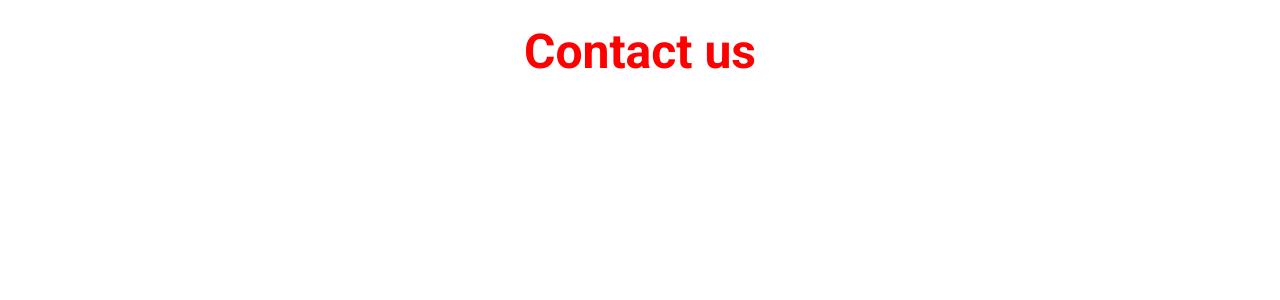
Repository: Sharif-00112/dogos-paradise-client
Page: /contact
The author's editor kept a copy of each file at every save. The page is drawn from the files as they stood at one save, then again after the next save.
The browser window is 1280 px wide. The pictures show the whole page.
The project was rebuilt for these pictures with package versions that can differ from the ones it lists, and the page was loaded fresh each time. Also part of the build but not shown: src/Pages/Home/Home/Home.js, src/Pages/Login/Login/Login.js, src/Pages/Login/Register/Register.js, src/Pages/NotFound/NotFound.js.

Above is the page before, as saved 2022-11-30 21:04:50.

### public/index.html
<!DOCTYPE html>
<html lang="en">
  <head>
    <meta charset="utf-8" />
    <link rel="icon" href="%PUBLIC_URL%/favicon.ico" />
    <meta name="viewport" content="width=device-width, initial-scale=1" />
    <meta name="theme-color" content="#000000" />
    <meta
      name="description"
      content="Web site created using create-react-app"
    />
    <link
      rel="stylesheet" href="https://fonts.googleapis.com/css?family=Roboto:300,400,500,700&display=swap"
    />

    <link rel="apple-touch-icon" href="%PUBLIC_URL%/logo192.png" />
    <!--
      manifest.json provides metadata used when your web app is installed on a
      user's mobile device or desktop. See https://developers.google.com/web/fundamentals/web-app-manifest/
    -->
    <link rel="manifest" href="%PUBLIC_URL%/manifest.json" />
    <!--
      Notice the use of %PUBLIC_URL% in the tags above.
      It will be replaced with the URL of the `public` folder during the build.
      Only files inside the `public` folder can be referenced from the HTML.

      Unlike "/favicon.ico" or "favicon.ico", "%PUBLIC_URL%/favicon.ico" will
      work correctly both with client-side routing and a non-root public URL.
      Learn how to configure a non-root public URL by running `npm run build`.
    -->
    <title>React App</title>
  </head>
  <body>
    <noscript>You need to enable JavaScript to run this app.</noscript>
    <div id="root"></div>
    <!--
      This HTML file is a template.
      If you open it directly in the browser, you will see an empty page.

      You can add webfonts, meta tags, or analytics to this file.
      The build step will place the bundled scripts into the <body> tag.

      To begin the development, run `npm start` or `yarn start`.
      To create a production bundle, use `npm run build` or `yarn build`.
    -->
  </body>
</html>

### src/App.js
import React  from 'react';
import './App.css';
import { BrowserRouter as Router, Route, Routes} from 'react-router-dom';
import Home from './Pages/Home/Home/Home';
import Login from './Pages/Login/Login/Login';
import Register from './Pages/Login/Register/Register';
import AuthProvider from './contexts/AuthProvider/AuthProvider';
// import PrivateRoute from './Pages/Login/PrivateRoute/PrivateRoute';
import NotFound from './Pages/NotFound/NotFound';
import Contact from './Pages/Home/Contact/Contact';
// import Dashboard from './Pages/Dashboard/Dashboard/Dashboard';
// import Footer from './Pages/Shared/Footer/Footer';

function App() {
  return (
    <div className="App">
      <AuthProvider>
        <Router>
          <Routes>
            <Route exact path = '/' element={<Home/>}/>
            <Route exact path = '/home' element={<Home/>}/>
            <Route exact path = '/login' element={<Login/>}/>
            <Route exact path = '/register' element={<Register/>}/>
            <Route exact path = '/contact' element={<Contact/>}/>
            {/* <Route exact path = '/appointment' element = {
              <PrivateRoute>
                <Appointment></Appointment>
              </PrivateRoute>
            }> </Route> */}
            {/* <Route path = 'dashboard/*' element = {
              <PrivateRoute>
                <Dashboard></Dashboard>
              </PrivateRoute>
            }> </Route> */}
            <Route path = '*' element={<NotFound/>}/>
          </Routes>
          {/* <Footer></Footer>  */}
        </Router>
      </AuthProvider>
    </div>
  );
}

export default App;

### src/contexts/AuthProvider/AuthProvider.js
import React from 'react';
import { createContext } from 'react';
import useFirebase from '../../hooks/useFirebase';

//step-1-context
export const AuthContext = createContext();

const AuthProvider = (props) => {
    //step-3-context
    const {children} = props;

    //step-5-context
    const allContexts = useFirebase();

    return (
        //step-2-context
        <AuthContext.Provider value={allContexts}>
            {children}
        </AuthContext.Provider>
    );
};

export default AuthProvider;

### src/Pages/Home/Contact/Contact.js
import { Typography } from '@mui/material';
import React from 'react';

const Contact = () => {
    return (
        <div>
            <Typography sx={{ m: 3, color: 'red', fontWeight: 700 }} variant="h3" component="div">
                Contact us
            </Typography>
        </div>
    );
};

export default Contact;

### src/hooks/useFirebase.js
import { useState } from "react";
import initializeAuthentication from "../Pages/Login/Firebase/firebase.initialize";
import { getAuth, signInWithPopup, GoogleAuthProvider, onAuthStateChanged, signOut, FacebookAuthProvider, createUserWithEmailAndPassword, signInWithEmailAndPassword, sendPasswordResetEmail, updatePassword, sendEmailVerification, updateProfile, getIdToken } from "firebase/auth";
import { useEffect } from "react";

initializeAuthentication();

const useFirebase = () =>{
    const [user, setUser] = useState({});
    const [error, setError] = useState('');
    const [name, setName] = useState('');
    const [email, setEmail] = useState('');
    const [password, setPassword] = useState('');
    const [isLoading, setIsLoading] = useState(true);
    const [admin, setAdmin] = useState(false);
    const [token, setToken] = useState('');

    const googleProvider = new GoogleAuthProvider();
    // const gitProvider = new GithubAuthProvider();
    const facebookProvider = new FacebookAuthProvider();
    const auth = getAuth();

    const signInUsingGoogle = () =>{
      setIsLoading(true);
      signInWithPopup(auth, googleProvider)
      .then((result) => {
          // This gives you a Google Access Token. You can use it to access the Google API.
          // const credential = GoogleAuthProvider.credentialFromResult(result);
          // const token = credential.accessToken;
          // The signed-in user info.
          setUser(result.user);
          // save user to the database
          saveUserToDB(result.user.email, result.user.displayName, 'PUT');
      }).catch((error) => {
          // Handle Errors here.
          setError(error.code);
          setError(error.message);
          // The email of the user's account used.
          setError(error.customData.email);
          // The AuthCredential type that was used.
          setError(GoogleAuthProvider.credentialFromError(error));
      }).finally(() =>{
        setIsLoading(false);
      });
    };

    const signInUsingFacebook = () =>{
      setIsLoading(true);
      signInWithPopup(auth, facebookProvider)
      .then((result) => {
        // The signed-in user info.
        setUser(result.user);
        // save user to the database
        saveUserToDB(result.user.email, result.user.displayName, 'PUT');

        // This gives you a Facebook Access Token. You can use it to access the Facebook API.
        // const credential = FacebookAuthProvider.credentialFromResult(result);
        // const accessToken = credential.accessToken;
      })
      .catch((error) => {
        // Handle Errors here.
        setError(error.code);
        setError(error.message);
        // The email of the user's account used.
        setError(error.customData.email);
        // The AuthCredential type that was used.
        setError(FacebookAuthProvider.credentialFromError(error));
      }).finally(() =>{
        setIsLoading(false);
      });
    };

    const customLogin = (email, password) =>{
      setIsLoading(true);
      signInWithEmailAndPassword(auth, email, password)
      .then((userCredential) => {
        // Signed in
        setUser(userCredential.user);
        setError('');
      })
      .catch((error) => {
        setError(error.code);
        setError(error.message);
      })
      .finally(() => setIsLoading(false));
    };

    const customRegister = (email, password) =>{
      setIsLoading(true);
      createUserWithEmailAndPassword(auth, email, password)
      .then((userCredential) => {
        // Signed in
        // const user = userCredential.user;
        // console.log(user);
        setUser(userCredential.user);
        // save user to the database
        saveUserToDB(userCredential.user.email, userCredential.user.displayName, 'POST')
        // clear error message
        setError('');
      })
      .catch((error) => {
        setError(error.code);
        setError(error.message);
      })
      .finally(() => setIsLoading(false));
    };

    const handleLoginSubmitBtn = e =>{
      e.preventDefault();
      // console.log(email, password);
      customLogin(email, password);
    }

    const handleRegisterSubmitBtn = e =>{
      e.preventDefault();
      // console.log(email, password);

      if(!/.{8,}/.test(password)){
        setError('Ensure password is of minimum length 8');
        return;
      }
      if(!/(?=.*[A-Z])/.test(password)){
        setError('Ensure password has minimum one uppercase letters');
        return;
      }
      if(!/(?=.*[!@#$%^&*()\-__+.])/.test(password)){
        setError('Ensure password has minimum one special case letter');
        return;
      }
      if(!/(?=.*[0-9])/.test(password)){
        setError('Ensure password has minimum one digits');
        return;
      }
      if(!/(?=.*[a-z])/.test(password)){
        setError('Ensure password has minimum one lowercase letters');
        return;
      }
      customRegister(email, password);
    }

    const handleNameChange = e =>{
      setName(e.target.value);
    }

    const handleEmailChange = e =>{
      setEmail(e.target.value);
    }

    const handlePasswordChange = e =>{
      setPassword(e.target.value);
    }

    const handleForgotPassword = () =>{
      sendPasswordResetEmail(auth, email)
      .then(() => {
        // Password reset email sent!
      })
      .catch((error) => {
        setError(error.code);
        setError(error.message);
      });
    }

    const handleChangePassword = () =>{
      const user = auth.currentUser;
      const newPassword = password;
      updatePassword(user, newPassword).then(() => {
        // Update successful.
      }).catch((error) => {
        setError(error.code);
        setError(error.message);
      });
    }

    const setUserName = () =>{
      updateProfile(auth.currentUser, {
        displayName: name
      }).then(() => {
        // Profile updated!
      }).catch((error) => {
        setError(error.code);
        setError(error.message);
      });
    }

    const verifyEmail = () =>{
      sendEmailVerification(auth.currentUser)
      .then(() => {
        // Email verification sent!
      }).catch((error) => {
        setError(error.code);
        setError(error.message);
      });
    }

    //observe user login change
    useEffect(()=>{
        const unsubscribe = onAuthStateChanged(auth, (user) => {
            if (user) {
              // User is signed in
              setUser(user);

              //JWT
              getIdToken(user)
              // .then(idToken => console.log(idToken))
              // .then(idToken => localStorage.setItem('idToken', idToken))
              .then(idToken => setToken(idToken))

            } else {
              // User is signed out
              setUser({});
            }
            setIsLoading(false);
          });
          return () => unsubscribe;
    },[auth]);

    // check Admin
    // useEffect( () =>{
    //   fetch(`http://localhost:3005/users/${user.email}`)
    //   .then(res => res.json())
    //   .then(data => setAdmin(data.admin))
    // } ,[user.email])

    const logout = () =>{
      setIsLoading(true);
      signOut(auth)
      .then(() => {
          // Sign-out successful.
          setUser({});
        }).catch((error) => {
          setError(error);
        }).finally(()=>{
          setIsLoading(false);
        });
    }

    const saveUserToDB = (email, displayName, method) =>{
      const user = {email, displayName};
      fetch('http://localhost:3005/users', {
          method: method,
          headers: {
              'content-type' : 'application/json'
          },
          body: JSON.stringify(user)
      })
      .then()
    }

    return {
      signInUsingGoogle,
      signInUsingFacebook,
      customLogin,
      customRegister,
      handleLoginSubmitBtn,
      handleRegisterSubmitBtn,
      handleNameChange,
      handleEmailChange,
      handlePasswordChange,
      handleForgotPassword,
      handleChangePassword,
      verifyEmail,
      setUserName,
      logout,
      user,
      admin,
      error,
      isLoading,
      token
    };
}

export default useFirebase;

### src/Pages/Login/Firebase/firebase.initialize.js
import { initializeApp } from "firebase/app";
import firebaseConfig from "./firebase.config";

const initializeAuthentication = () =>{
    initializeApp(firebaseConfig);
}

export default initializeAuthentication;

### src/Pages/Login/Firebase/firebase.config.js
// console.log(process.env);

const firebaseConfig = {
  apiKey: process.env.REACT_APP_FIREBASE_API_KEY,
  authDomain: process.env.REACT_APP_FIREBASE_AUTH_DOMAIN,
  projectId: process.env.REACT_APP_FIREBASE_PROJECT_ID,
  storageBucket: process.env.REACT_APP_FIREBASE_STORAGE_BUCKET,
  messagingSenderId: process.env.REACT_APP_FIREBASE_MESSAGING_SENDER_ID,
  appId: process.env.REACT_APP_FIREBASE_APP_ID,
  measurementId: process.env.REACT_APP_FIREBASE_MEASUREMENT_ID
};

export default firebaseConfig;

// .env.local
// REACT_APP_FIREBASE_API_KEY=AIzaSyCGaQ8G2l5KeOKX4bAJ7MC19oWW_2vnTNQ
// REACT_APP_FIREBASE_AUTH_DOMAIN=dogos-paradise.firebaseapp.com
// REACT_APP_FIREBASE_PROJECT_ID=dogos-paradise
// REACT_APP_FIREBASE_STORAGE_BUCKET=dogos-paradise.appspot.com
// REACT_APP_FIREBASE_MESSAGING_SENDER_ID=824394057307
// REACT_APP_FIREBASE_APP_ID=1:824394057307:web:727ac0c86627b9544a617e
// REACT_APP_FIREBASE_MEASUREMENT_ID=G-DL8JJ6MYSD

// const firebaseConfig = {
  // apiKey: "AIzaSyCGaQ8G2l5KeOKX4bAJ7MC19oWW_2vnTNQ",
  // authDomain: "dogos-paradise.firebaseapp.com",
  // projectId: "dogos-paradise",
  // storageBucket: "dogos-paradise.appspot.com",
  // messagingSenderId: "824394057307",
  // appId: "1:824394057307:web:727ac0c86627b9544a617e",
  // measurementId: "G-DL8JJ6MYSD"
// };

Loaded but not shown: src/index.js (common file); src/index.css (common file); src/reportWebVitals.js (common file); src/App.css (common file)

After the next save:
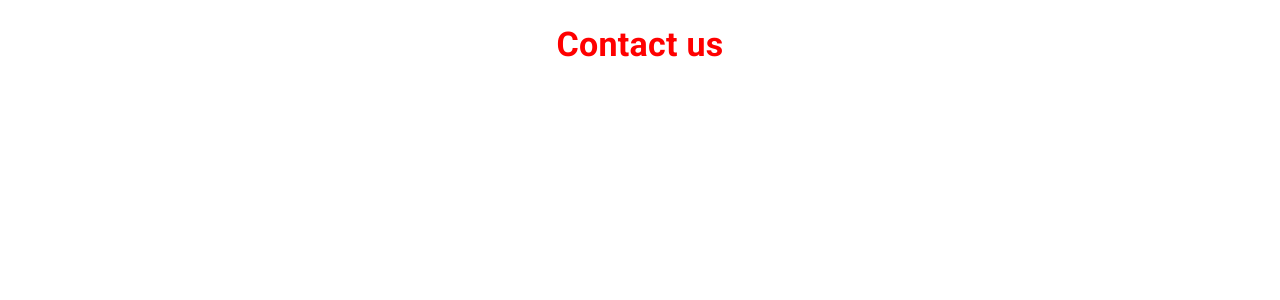
Saved 8 s later.
--- a/src/Pages/Home/Contact/Contact.js
+++ b/src/Pages/Home/Contact/Contact.js
@@ -4,7 +4,7 @@ import React from 'react';
 const Contact = () => {
     return (
         <div>
-            <Typography sx={{ m: 3, color: 'red', fontWeight: 700 }} variant="h3" component="div">
+            <Typography sx={{ m: 3, color: 'red', fontWeight: 700 }} variant="h4" component="div">
                 Contact us
             </Typography>
         </div>
